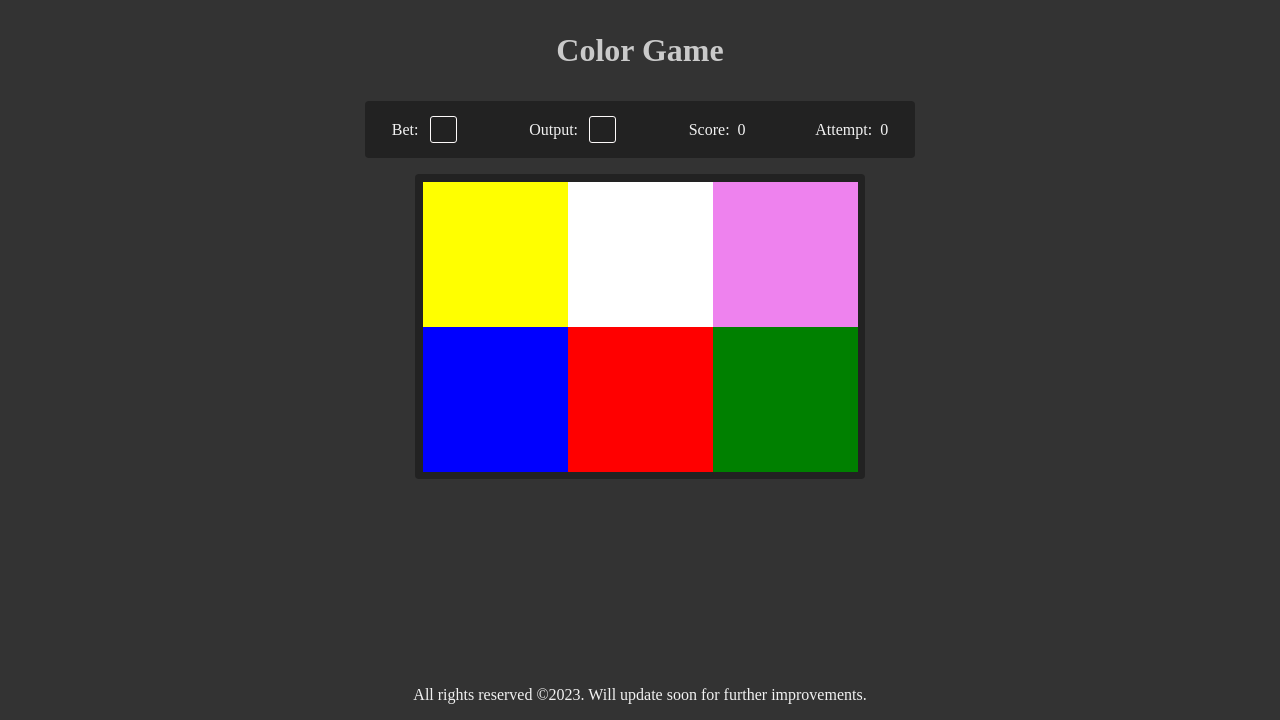
Repository: Pxych09/Simple-Game-VanillaJS
Page: Simple Web Game/color-game.html
These files come from the project's save history. The page is drawn as it stood at one moment and after the next save; the edit follows.
The browser window is 1280 px wide. The pictures show the whole page.

Above is the page before, as saved 2023-10-03 12:10:30.

### Simple Web Game/color-game.html
<!DOCTYPE html>
<html lang="en">
<head>
    <meta charset="UTF-8">
    <meta name="viewport" content="width=device-width, initial-scale=1.0">
    <title>Color Game</title>
    <link rel="stylesheet" href="./css/styles.css">
    <script src="./js/color-game.js" defer></script>
</head>
<body>

    <div id="master-color">

        <div class="for-title-color"><h1 class="color-title">Color Game</h1></div>
        <div class="color-dashboard">
            <div>Bet: <div class="color-bet"></div></div>
            <div>Output: <div class="color-output"></div></div>
           <div>Score: <div id="color-score"></div></div>
           <div>Attempt: <div id="attempt"></div></div>
        </div>
        <div class="container-colors">
            <div class="box-colors">
                <div data-color=""></div>
                <div data-color=""></div>
                <div data-color=""></div>
                <div data-color=""></div>
                <div data-color=""></div>
                <div data-color=""></div>
            </div>

            <div class="for-btn-color"><button class="btn-roll-color unshow" onclick="countAttempt()"><span>Roll</span>&nbsp;<span class="dice">🎲</span></button></div>
        </div>

        <footer>
            <p>All rights reserved &copy;2023. Will update soon for further improvements.</p>
        </footer>

    </div>

</body>
</html>

### Simple Web Game/css/styles.css
@import url('https://fonts.googleapis.com/css2?family=Anton&family=Inconsolata:wght@300&family=Lobster&family=PT+Sans:wght@700&family=Poppins&display=swap');

*, ::before, ::after{
    margin: 0; padding: 0;
    box-sizing: border-box;
}

footer{
    position: fixed;
    bottom: 0;
    padding: 1rem;
    left: 0; right: 0;
    text-align: center;
}

/* FOR COLOR GAME */
#master-color{
    min-height: 100vh;
    min-height: 100dvh;
    background-color: #333;
    display: block;
    color: #f2f2f2;
}
.color-title{
    color: #cacaca;
}
#master-color > div{
    width: 100%;
    text-align: center;
}
#master-color .for-title-color{
    padding-block: 2rem;
}
#master-color .color-dashboard > div{
    display: flex; padding: 1rem;
    gap: .5rem;
    justify-content: flex-start; align-items: center;
}
#master-color .color-dashboard{
    display: flex; gap: 1rem;
    background-color: #222;
    justify-content: space-around;
    align-items: center;
    padding: 0;
    /* overflow: hidden; */
    margin-inline: auto;
    border-radius: 4px;
    width: min(100%, 550px);
}
.for-btn-color{
    display: grid;
    padding: 1rem;
}
button.btn-roll-color:hover,
button.btn-roll-color:focus{
    background: rgba(253, 176, 33, 0.938);
    outline: 2px solid rgb(226, 148, 3);
    color: rgb(18, 18, 231);
    outline-offset: 1px;
}
button.btn-roll-color{
    display: flex; justify-content: center; align-items: center;
    font-size: 1rem;
    outline-offset: 2px;
    color: rgb(27, 27, 185);
    text-transform: uppercase;
    font-weight: bold;
    background: orange;
    outline: 2px solid rgba(248, 181, 58, 0.63);
    border: none; margin-inline: auto;
    padding: .5rem 1rem;
    border-radius: .7rem;
    width: min(100%, 100px);
    cursor: pointer;
}
#master-color .container-colors{
    padding-block: 1rem;
    display: grid;
    place-items: center;
}
.container-colors .box-colors{
    --mx-width: 450px;
    --radius: 2px;
    --gap: 5px;
    display: grid;
    grid-template-columns: repeat(3, 1fr);
    /* gap: var(--gap);  */
    width: min(100%, var(--mx-width));
    background: #222;
    padding: calc(var(--gap) * 1.5);
    border-radius: calc(var(--radius) * 2);
}
.container-colors .box-colors div{
    /* width: calc(var(--mx-width) / 3.5); */
    background-color: #cacaca;
    aspect-ratio: 1;
    margin: 0;
    /* border-radius: var(--radius); */
}
.container-colors .box-colors div:hover{
    opacity: .8;
}

.color-bet,
.color-output{
    margin-inline: .25rem;
    /* background: yellow; */
    outline: 1px solid #fdfafa;
    width: 25px;
    border-radius: 2px;
    aspect-ratio: 1;
}

.container-colors .box-colors div.light{
    opacity: 1;
    animation: light .5s ease;
    pointer-events: none;
    /* animation-iteration-count: 25; */
}

.container-colors .box-colors div.win{
    animation: winColor .8s ease-in 1;
}

@keyframes winColor {
    to{
        opacity: .6;
    }
}

.container-colors .box-colors div{
    position: relative;
}
.container-colors .box-colors div::before{
    position: absolute;
    content: attr(data-color);
    display: grid; place-items: center;
    inset: 0;
    color: black; font-weight: bold;
    font-family: Arial, Helvetica, sans-serif;
}

@keyframes light {
    to{
        opacity: .4;
    }
}


button.btn-roll-color.unshow{
    display: none;
}
button.btn-roll-color.spin-dice > .dice{
    animation: roll .5s linear infinite;
}
button.btn-roll-color.spin-dice{
    opacity: .6;
    pointer-events: none;
    transition: .3s ease;
}

@keyframes roll {
    to{
        rotate: -360deg;
    }
}

### Simple Web Game/js/color-game.js
const box_colors = document.querySelectorAll('.box-colors div')
const color_bet = document.querySelector('.color-bet')
const color_output = document.querySelector('.color-output')
const color_score = document.querySelector('#color-score')
const btn_roll = document.querySelector('.btn-roll-color')
const attempt = document.querySelector('#attempt')

let colors_length = box_colors.length
const colors = ['yellow', 'white', 'violet', 'blue', 'red', 'green']
let isPlay = false
color_score.innerHTML = 0

function initialDisplay(){
    for(let i = 0; i < colors_length; i++){
        box_colors[i].style.background = colors[i]
        box_colors[i].id = colors[i]

        box_colors[i].addEventListener('click', e =>{
            btn_roll.classList.remove('unshow')
            color_bet.style.background = box_colors[i].id
            color_bet.id = box_colors[i].id
            color_output.style.background = "none"
        })
    }
}

initialDisplay()

let score = 0
function effect(){

    let speed = 500
    let limit = 30

    function stopTime(){
        const item = Math.floor(Math.random() * colors_length)
        box_colors[item].classList.add('win')
        btn_roll.classList.remove('spin-dice')
        box_colors[item].dataset.color = `${box_colors[item].id}`

        console.log(item)
        color_output.style.background = box_colors[item].id
        console.log("Output: "+box_colors[item].id, "Bet: "+color_bet.id)
        if(box_colors[item].id == color_bet.id){
            score++
            color_score.innerHTML = `${score}`
        }

        isPlay = false

        function reset(){
            color_bet.removeAttribute('id')

            box_colors.forEach(el =>{
                el.classList.remove('light')
                el.addEventListener('click', ()=>{
                    box_colors[item].classList.remove('win')
                    box_colors[item].dataset.color = ``
                })
            })
        }

        setTimeout(reset, 500)
    }

    let count = 0
    const runTime = setInterval(roll, speed)

    function roll(){
        count++
        console.log("count")
        btn_roll.classList.add('spin-dice')
        effects()
        if(count > limit){
            clearInterval(runTime)
            setTimeout(stopTime, 500)
            count = 0
        }
    }

    function effects(){
        for(let i = 0; i < colors_length; i++){
            box_colors[i].classList.add('light')
            box_colors[i].style.animationDelay = `${i}00ms`
            box_colors[i].style.animationIterationCount = `${limit}`
        }
    }
}

const RollColor = (e) =>{
    if(color_bet.hasAttribute('id')){
       // function
      isPlay = true
      console.log(isPlay)
      effect()
    }

}

let count_attempt = 0
attempt.innerHTML = `${count_attempt}`
function countAttempt(){
    count_attempt++
    attempt.innerHTML = `${count_attempt}`
}


btn_roll.addEventListener('click', RollColor)

After the next save:
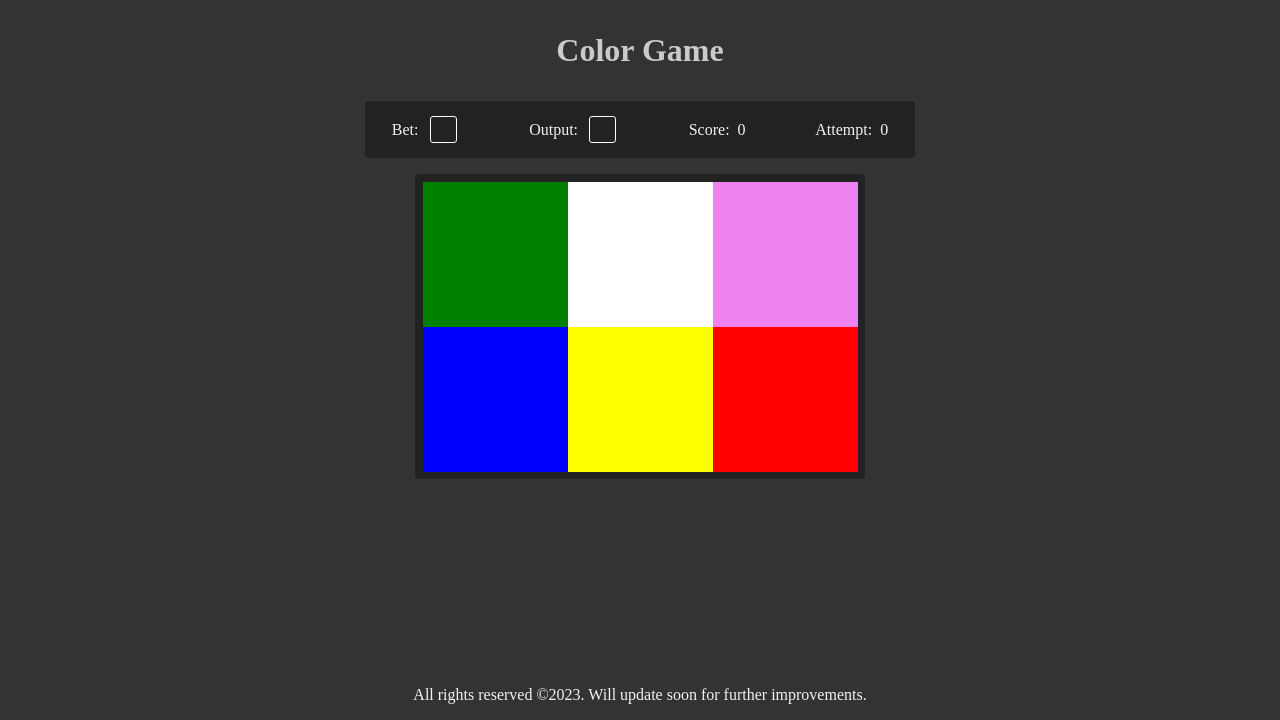
Saved 77 s later.
--- a/Simple Web Game/js/color-game.js
+++ b/Simple Web Game/js/color-game.js
@@ -6,7 +6,7 @@ const btn_roll = document.querySelector('.btn-roll-color')
 const attempt = document.querySelector('#attempt')
 
 let colors_length = box_colors.length
-const colors = ['yellow', 'white', 'violet', 'blue', 'red', 'green']
+const colors = ['green', 'white', 'violet', 'blue', 'yellow', 'red']
 let isPlay = false
 color_score.innerHTML = 0
 
